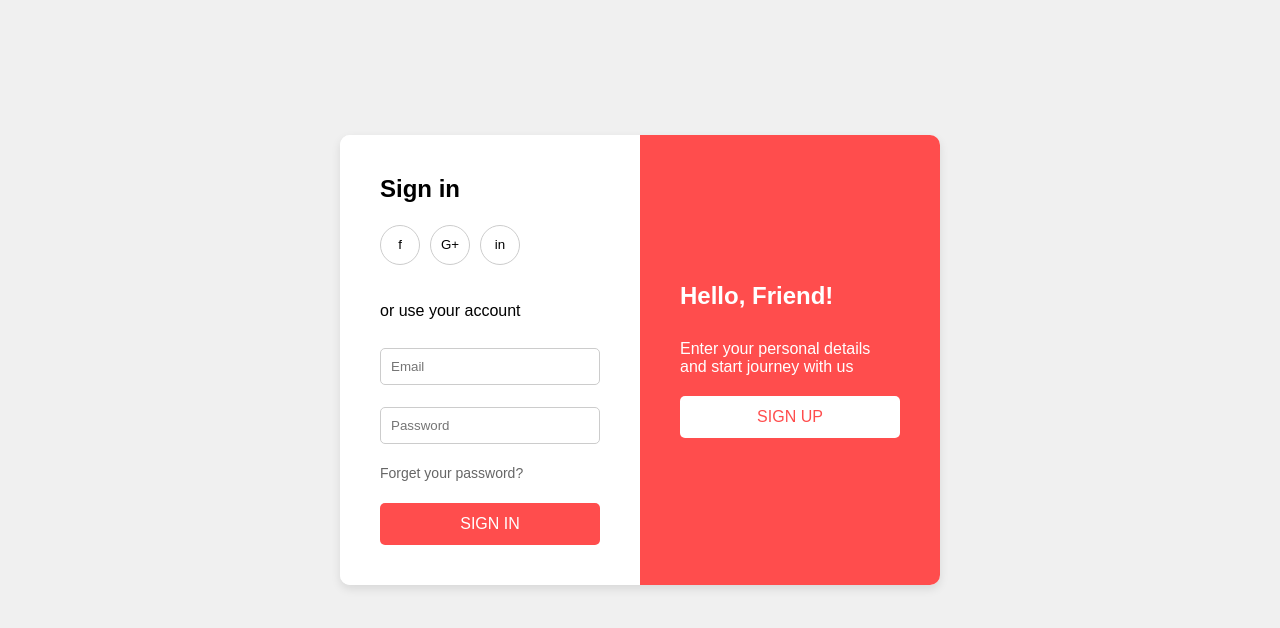
Repository: lavanya787/ml_system
Page: http://localhost/
An editor plug-in stored every save of this project. The page is shown before and after the next save, followed by the edit.
The browser window is 1280 px wide. The pictures show the whole page.
The page is served by the project's application, run on Flask 3 (flask_app.py).

Above is the page before, as saved 2025-05-31 10:58:58.

After the next save:
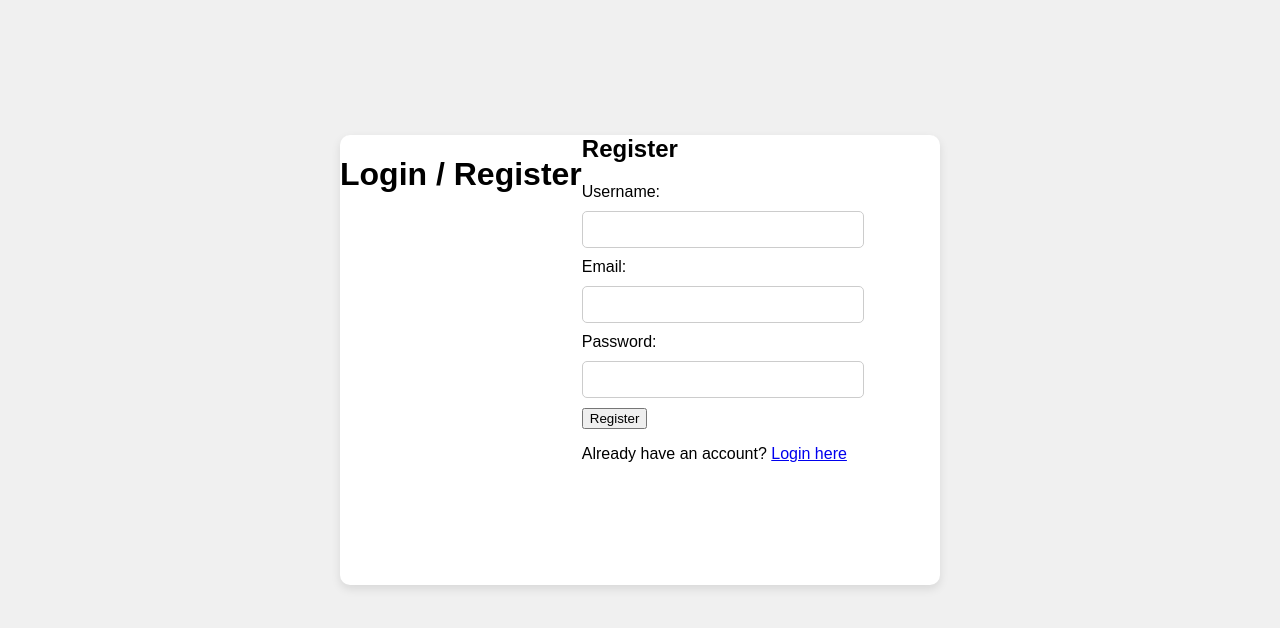
Saved 6 s later.
--- a/templates/index.html
+++ b/templates/index.html
@@ -3,57 +3,48 @@
 <head>
     <meta charset="UTF-8">
     <meta name="viewport" content="width=device-width, initial-scale=1.0">
-    <title>🤖Chatbot</title>
-    <link rel="stylesheet" href="{{ url_for('static', filename='style.css') }}">
+    <title>Login and Register</title>
+    <link rel="stylesheet" href="/static/style.css">
 </head>
 <body>
-    <!-- Notification div -->
-    <div id="notification" class="notification" style="display: none;">
-        <span id="notification-message"></span>
-    </div>
+    <div class="container">
+        <h1>Login / Register</h1>
+        <div id="message"></div>
 
-    <div class="container" id="login-container">
-        <div class="form-section">
-            <h2>Sign in</h2>
-            <div class="social-buttons">
-                <button>f</button>
-                <button>G+</button>
-                <button>in</button>
+        <!-- Register Form -->
+        <div id="register-form">
+            <h2>Register</h2>
+            <div>
+                <label for="reg-username">Username:</label>
+                <input type="text" id="reg-username" required>
             </div>
-            <p>or use your account</p>
-            <input type="email" id="login-email" placeholder="Email" required>
-            <input type="password" id="login-password" placeholder="Password" required>
-            <a href="#" class="forgot-password">Forget your password?</a>
-            <button class="action-button" onclick="handleLogin()">SIGN IN</button>
+            <div>
+                <label for="reg-email">Email:</label>
+                <input type="email" id="reg-email" required>
+            </div>
+            <div>
+                <label for="reg-password">Password:</label>
+                <input type="password" id="reg-password" required>
+            </div>
+            <button onclick="register()">Register</button>
+            <p>Already have an account? <a href="#" onclick="showLogin()">Login here</a></p>
         </div>
-        <div class="welcome-section" id="signup-section">
-            <h2>Hello, Friend!</h2>
-            <p>Enter your personal details and start journey with us</p>
-            <button class="action-button" onclick="showRegister()">SIGN UP</button>
+
+        <!-- Login Form -->
+        <div id="login-form" style="display: none;">
+            <h2>Login</h2>
+            <div>
+                <label for="login-email">Email:</label>
+                <input type="email" id="login-email" required>
+            </div>
+            <div>
+                <label for="login-password">Password:</label>
+                <input type="password" id="login-password" required>
+            </div>
+            <button onclick="login()">Login</button>
+            <p>Don't have an account? <a href="#" onclick="showRegister()">Register here</a></p>
         </div>
     </div>
-
-    <div class="container" id="register-container" style="display: none;">
-        <div class="welcome-section">
-            <h2>Welcome Back!</h2>
-            <p>To keep connected with us please login with your personal info</p>
-            <button class="action-button" onclick="showLogin()">SIGN IN</button>
-        </div>
-        <div class="form-section">
-            <h2>Create Account</h2>
-            <div class="social-buttons">
-                <button>f</button>
-                <button>G+</button>
-                <button>in</button>
-            </div>
-            <p>or use your email for registration</p>
-            <input type="text" id="register-username" placeholder="Name" required>
-            <input type="email" id="register-email" placeholder="Email" required>
-            <input type="password" id="register-password" placeholder="Password" required>
-            <button class="action-button" onclick="handleRegister()">SIGN UP</button>
-        </div>
-    </div>
-
-    <script src="{{ url_for('static', filename='script.js') }}"></script>
+    <script src="/static/script.js"></script>
 </body>
 </html>
